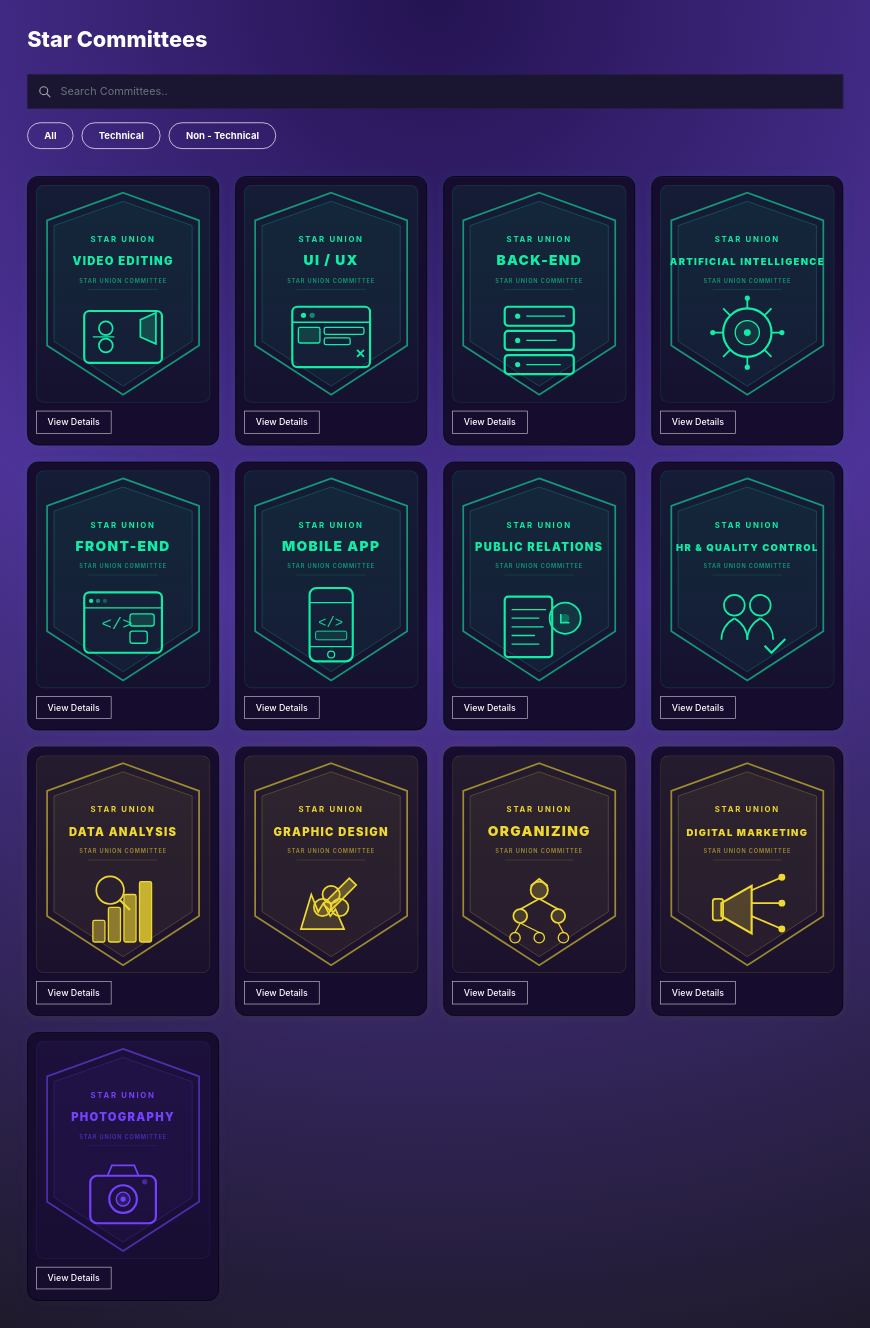
Repository: Frontend-Committee/StarUnion-Website
Page: /committees
The author's editor kept a copy of each file at every save. The page is drawn from the files as they stood at one save, then again after a run of saves.
The browser window is 1280 px wide. The pictures show the whole page, at 68% of full size.
The project was rebuilt for these pictures with package versions that can differ from the ones it lists, and the page was loaded fresh each time. Also part of the build but not shown: vite.config.js, src/features/committees/pages/CommitteeDetailsPage.jsx, src/components/common/Navbar.jsx, src/components/common/Footer.jsx.

Above is the page before, as saved 2026-02-26 02:51:07.

After the next 2 saves:
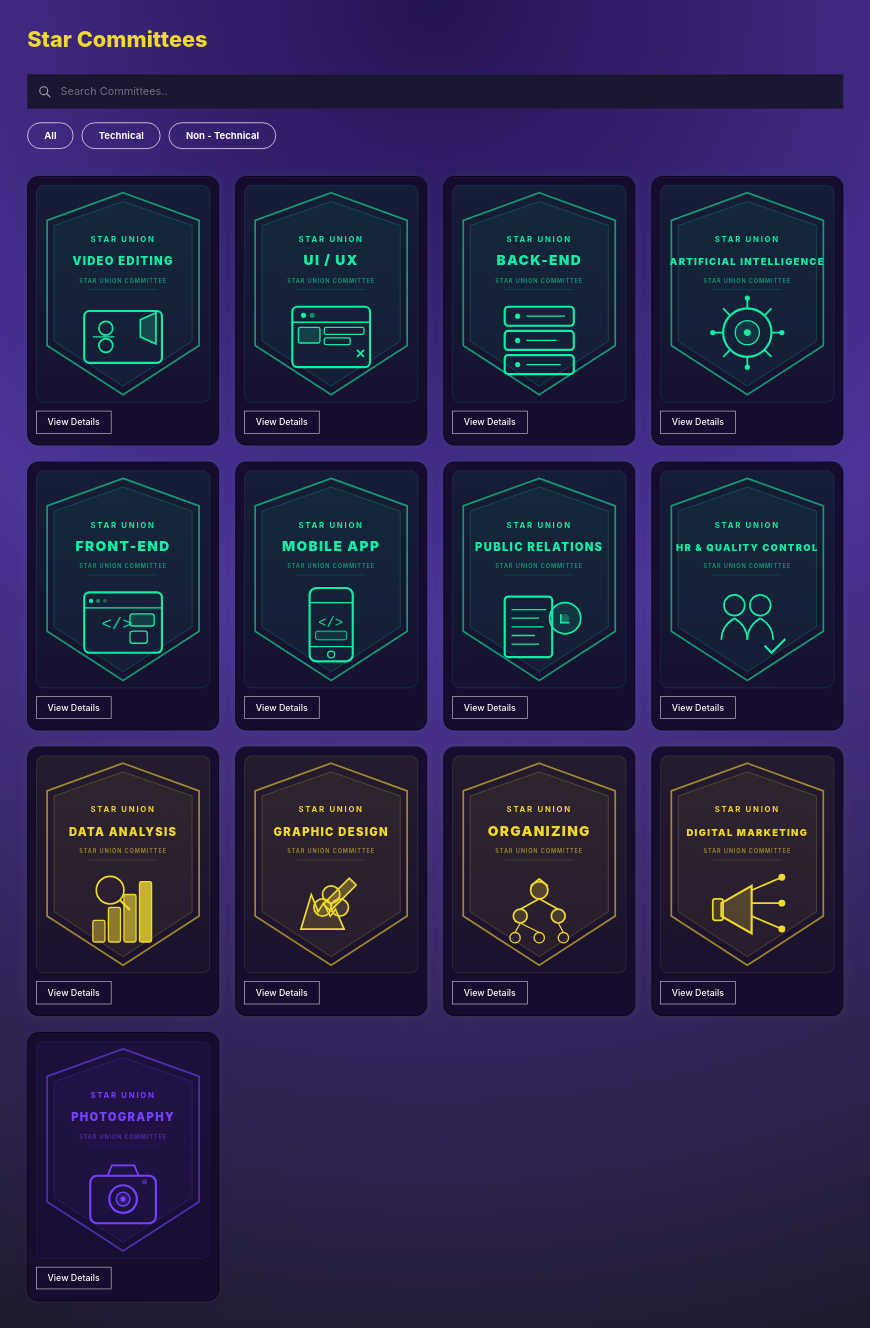
The 2 saves are shown as one change because they came seconds apart.
The last was saved 25 s later.
--- a/src/features/committees/pages/CommitteesPage.jsx
+++ b/src/features/committees/pages/CommitteesPage.jsx
@@ -33,7 +33,7 @@ export default function CommitteesPage() {
       <div className="max-w-[1200px] mx-auto">
         {/* Page Title */}
         <ScrollAnimation variant="fade-down">
-          <h1 className="text-h2 text-white font-extrabold mb-8">
+          <h1 className="text-h2 text-tertiary font-extrabold mb-8">
             Star Committees
           </h1>
         </ScrollAnimation>
